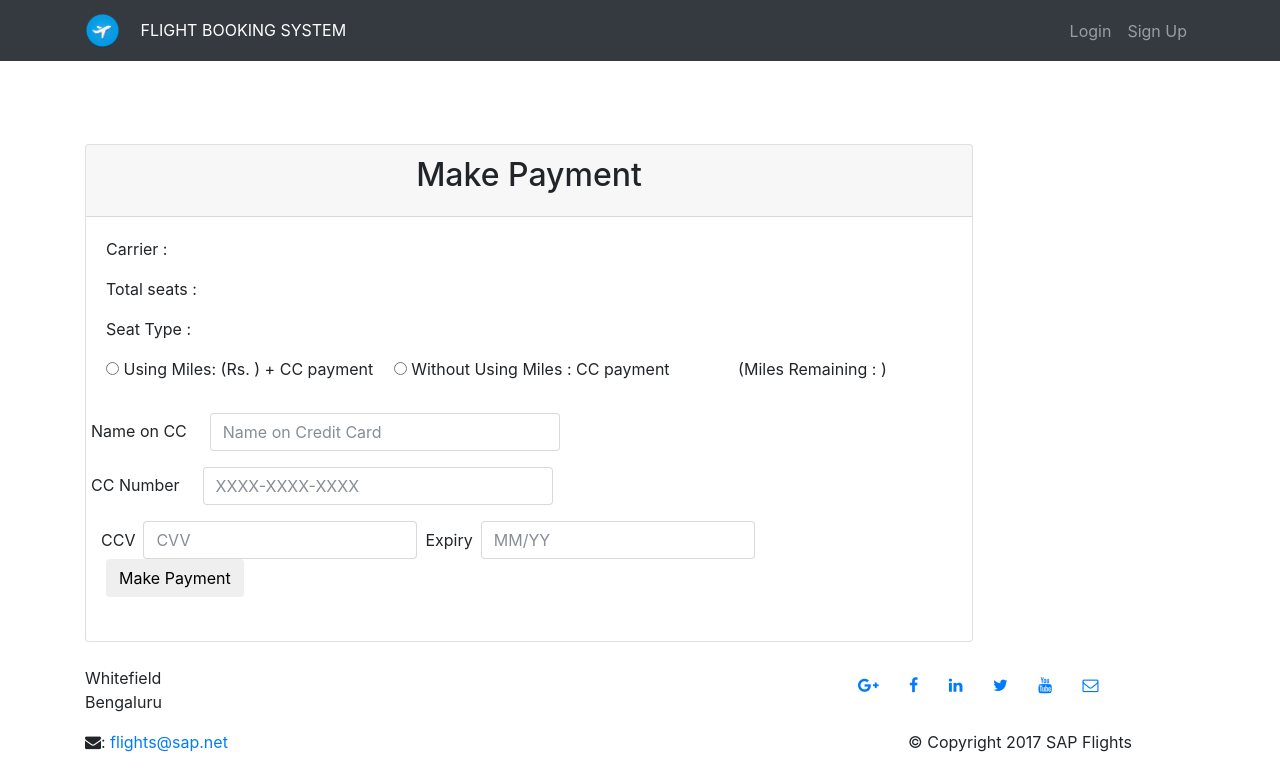
Repository: yashtatia/Spring-Practice
Page: http://localhost/FitnessTracker/WEB-INF/jsp/makePayment.jsp
An editor plug-in stored every save of this project. The page is shown before and after the next save, followed by the edit.
The browser window is 1280 px wide. The pictures show the whole page.
Some web libraries are served in a nearby version. The page is served by Tomcat 9. Nobody is signed in. Other server files are loaded and not shown. The template is opened directly, without the code that normally fills it, so the values that code supplies are empty.

Above is the page before, as saved 2017-09-06 07:32:07.
Console error: SyntaxError: Unexpected token ';'

### FitnessTracker/src/main/webapp/WEB-INF/jsp/makePayment.jsp
<%@ taglib prefix="spring" uri="http://www.springframework.org/tags" %>
<%@ taglib prefix="form" uri="http://www.springframework.org/tags/form" %>

<jsp:include page="header.jsp" />
	<br>
	<br>
	<br>
	<br>
	<br>
	<br>
	<div class="container">
		<div class="card" style="max-width: 80%;" >
			<div class="card-header">
				<h2 class="card-title" align="center">Make Payment</h2>
			</div>
			<div class="card-block">
				<div class="card-body">
						<p>Carrier : ${flightSelected.airline}</p>
						<p>Total seats : ${flightSelected.seats}</p>
						<p>Seat Type : ${flightSelected.seat_class}</p>

						<form:form commandName="payment" class="form-horizontal" method="POST">

							  <label class="radio-inline" >
							    <form:radiobutton path="payment_choice" name="payment_choice" value="1" />
							     Using Miles: ${miles_used} (Rs. ${discount}) + ${fare_with_miles}  CC payment

							  </label>


							  <label class="radio-inline mx-3">
							    <form:radiobutton path="payment_choice" name="payment_choice" value="2" />
							    Without Using Miles : ${fare_without_miles}	CC payment
							  </label>
							  <label class="mx-5">
							  	(Miles Remaining : ${miles_remaining})
							  </label>

							<br />
							<br/>

							<div class="form-group row">
							    <label for="input1" class="col-xs-3 col-form-label mr-2">Name on CC</label>
							    <div class="col-sm-10">
							      <form:input path="cc_name" type="text" name="cc_name" id="cc_name" placeholder="Name on Credit Card" class="form-control" style="max-width: 50%;" />
							    </div>
							</div>
							<div class="form-group row">
							    <label for="input2" class="col-xs-3 col-form-label mr-2">CC Number</label>
							    <div class="col-sm-10">
							      <form:input path="cc_number" type="text" name="cc_number" id="cc_number" placeholder="XXXX-XXXX-XXXX" class="form-control" style="max-width: 50%;" />
							    </div>
							</div>
							<div class="form-row">
									<div class="form-inline">
										<label class="mr-sm-2 mb-0" for="cvv">CCV</label>
											<form:input path="cc_cvv" type="password" name="cc_cvv" id="cc_cvv" placeholder="CVV" class="form-control mr-sm-2 mb-2 mb-sm-0"  />
									<label class="mr-sm-2 mb-0" for="last_name">Expiry</label>
											<form:input path="cc_expiry"  type="text" class="form-control mr-sm-2 mb-2 mb-sm-0" name="cc_expiry" id="cc_expiry" placeholder="MM/YY"/>
									</div>
							</div>


							<form:hidden path="flight_id"  name="flight_id" value="${flightSelected.flight_id}" />
							<form:hidden path="seat_type" name="seat_type" value="${flightSelected.seat_class_abbrev}" />
							<form:hidden path="seats" name="seats" value="${flightSelected.seats}" />
							<form:hidden path="fare_with_miles" name="fare_with_miles" value="${fare_with_miles}" />
							<form:hidden path="fare_without_miles" name="fare_without_miles" value="${fare_without_miles}" />
							<form:hidden path="miles_used" name="miles_used" value="${miles_used}" />
							<form:hidden path="miles_remaining" name="miles_remaining" value="${miles_remaining}" />
							<form:hidden path="miles_earned" name="miles_earned" value="${miles_earned}" />

							<button type="submit" name="" value="Make Payment" class="btn btn-default col-lg-offset-10" >Make Payment</button>
						</form:form>
				</div>

			</div>

			<br />



		</div>
	</div>
	<br/>

<jsp:include page="footer.jsp" />
<script type="text/javascript">
		$( document ).ready(function() {
		    preProcess();
		});

		function preProcess(){
			if($('input[name=payment_choice]:checked').val() == "with_miles"){
				var cc_remaining = ${fare_with_miles};
				if(cc_remaining == 0){
					$("#cc_name").prop("disabled", true);
					$("#cc_number").prop("disabled", true);
					$("#cc_cvv").prop("disabled", true);
					$("#cc_expiry").prop("disabled", true);
				}
			}
		}

		$('input[name=payment_choice]').on('change', function() {
			if($('input[name=payment_choice]:checked').val() == "with_miles"){
				var cc_remaining = ${fare_with_miles};
				if(cc_remaining == 0){
					$("#cc_name").prop("disabled", true);
					$("#cc_number").prop("disabled", true);
					$("#cc_cvv").prop("disabled", true);
					$("#cc_expiry").prop("disabled", true);
				}
			}else{
				$("#cc_name").prop("disabled", false);
				$("#cc_number").prop("disabled", false);
				$("#cc_cvv").prop("disabled", false);
				$("#cc_expiry").prop("disabled", false);
			}
		});
	</script>

### FitnessTracker/src/main/webapp/WEB-INF/jsp/header.jsp
<%@ taglib prefix="c" uri="http://java.sun.com/jsp/jstl/core"%>
<%@ taglib prefix="form" uri="http://www.springframework.org/tags/form" %>
<%@ taglib prefix="spring" uri="http://www.springframework.org/tags" %>
<!DOCTYPE html>
<html>
<head>
	<meta charset="utf-8">
    <meta http-equiv="X-UA-Compatible" content="IE=edge">
    <meta name="viewport" content="width=device-width, initial-scale=1, shrink-to-fit=no">
	<title>Search Flights</title>
	<link rel="stylesheet" href="https://maxcdn.bootstrapcdn.com/bootstrap/4.0.0-beta/css/bootstrap.min.css" integrity="sha384-/Y6pD6FV/Vv2HJnA6t+vslU6fwYXjCFtcEpHbNJ0lyAFsXTsjBbfaDjzALeQsN6M" crossorigin="anonymous">
	<link href="https://maxcdn.bootstrapcdn.com/font-awesome/4.7.0/css/font-awesome.min.css" rel="stylesheet">
	<link rel="stylesheet" type="text/css" href="assets/css/jquery-ui.css">
</head>
<body>

	 <nav class="navbar navbar-expand-md navbar-dark bg-dark fixed-top">
            <div class="container">
                <div class="navbar-header">
	                <span><a class="navbar-brand" href="index.jsp"><img src="assets/img/sap.png" height=35 width=35></a></span>
	                <span style="color: white;">FLIGHT BOOKING SYSTEM</span>
                </div>

                <c:choose>
    				<c:when test="${not logInForm.loggedIn || logInForm == null}">
                       <ul class="navbar-nav bd-navbar-nav" style="cursor: pointer;">
	                        <li class="nav-item"><a class="nav-link" data-toggle="modal" data-target="#loginModal" id="login"><span class="glyphicon glyphicon-log-in"></span> Login</a></li>
	                        <li class="nav-item"><a class="nav-link" href="signUp.html"><span class="glyphicon glyphicon-log-in"></span> Sign Up</a></li>
	                    </ul>
	    			</c:when>
	    			<c:otherwise>
	                    <ul class="navbar-nav bd-navbar-nav" style="cursor: pointer;">
	                        <li class="nav-item dropdown">
	                            <a href="#" class="nav-link dropdown-toggle" data-toggle="dropdown"
	                             role="button" aria-haspopup="true" aria-expanded="false" style="color: white; ">
	                             <i class="fa fa-user-o" aria-hidden="true"></i>  ${userForm.fname} ${userForm.lname} <span class="caret"></span></a>
	                            <ul class="dropdown-menu">
	                                <li><a class="dropdown-item" href="#">Your Miles : ${userForm.air_miles}</a></li>
	                                <li><a class="dropdown-item" href="myBookings.html">MyBookings</a></li>
	                                <li><a class="dropdown-item" href="logout.html">Logout</a></li>
	                            </ul>
	                        </li>
	                    </ul>
	                </c:otherwise>
                </c:choose>


                </div>
        </nav>

    <c:if test="${logInForm.loggedIn == false || logInForm == null}">

	    <div id="loginModal" class="modal fade " role="dialog" aria-labelledby="loginModal" aria-hidden="true">
	        <div class="modal-dialog" style="max-width: 650px !important;">
	        <!-- Modal content-->
	        <div class="modal-content">
	            <div class="modal-header">
	                <h5 class="modal-title" id="exampleModalLabel">Login</h5>
			     	   <button type="button" class="close" data-dismiss="modal" aria-label="Close">
			        	  <span aria-hidden="true">&times;</span>
			       	 </button>
	            </div>
		        <div class="modal-body">
		            <form:form modelAttribute="logInForm" class="form-inline" id="loginForm" action="logIn.html" method="POST">
		                <div class="form-group">
		                    <label class="sr-only" for="InputEmail">Email address</label>
		                    <form:input path="username" type="email" class="form-control" id="Email" placeholder="Email" name="email" />
		                </div>
		                <div class="form-group mx-sm-3">
		                    <label class="sr-only" for="Password">Password</label>
		                    <form:input path="password" type="password" class="form-control" id="Password" placeholder="Password" name="password" />
		                </div>

	            		<div class="form-group mx-sm-3">
	            			<button type="button" class="btn btn-default btn-danger pull-right" data-dismiss="modal">Cancel</button>
		                	<button type="submit" class="btn btn-default btn-info pull-right">Sign in</button>
	            		</div>


	            	</form:form>
				</div>

	        </div>
	        </div>
	    </div>

    </c:if>

### FitnessTracker/src/main/webapp/WEB-INF/jsp/footer.jsp

	<footer class="row-footer">
        <div class="container">
            <div class="row row-content">

                <div class="col-md-8">
                    <address>
		              Whitefield<br>
		              Bengaluru<br>

                    </address>
                </div>
                <div class="col-md-4">
                    <div >
                        <a class="btn btn-social-icon btn-google-plus" href="http://google.com/+"><i class="fa fa-google-plus"></i></a>
                        <a class="btn btn-social-icon btn-facebook" href="http://www.facebook.com/profile.php?id="><i class="fa fa-facebook"></i></a>
                        <a class="btn btn-social-icon btn-linkedin" href="http://www.linkedin.com/in/"><i class="fa fa-linkedin"></i></a>
                        <a class="btn btn-social-icon btn-twitter" href="http://twitter.com/"><i class="fa fa-twitter"></i></a>
                        <a class="btn btn-social-icon btn-youtube" href="http://youtube.com/"><i class="fa fa-youtube"></i></a>
                        <a class="btn btn-social-icon" href="mailto:"><i class="fa fa-envelope-o"></i></a>
                    </div>
                </div>
             </div>
             <div class="row row-content">
                <div class="col-md-8">
		              <i class="fa fa-envelope"></i>:
                         <a href="mailto:flights@sap.net">
                         flights@sap.net</a>
                </div>
                <div class="col-md-4">
                    <p align=center> &copy; Copyright 2017 SAP Flights</p>
                </div>
             </div>
        </div>
    </footer>




<script src="https://code.jquery.com/jquery-3.2.1.slim.min.js" integrity="sha384-KJ3o2DKtIkvYIK3UENzmM7KCkRr/rE9/Qpg6aAZGJwFDMVNA/GpGFF93hXpG5KkN" crossorigin="anonymous"></script>
<script type="text/javascript" src="http://code.jquery.com/jquery-3.2.1.min.js"></script>
<script type="text/javascript" src="assets/js/jquery-ui.min.js"></script>
<script src="https://cdnjs.cloudflare.com/ajax/libs/popper.js/1.11.0/umd/popper.min.js" integrity="sha384-b/U6ypiBEHpOf/4+1nzFpr53nxSS+GLCkfwBdFNTxtclqqenISfwAzpKaMNFNmj4" crossorigin="anonymous"></script>
<script src="https://maxcdn.bootstrapcdn.com/bootstrap/4.0.0-beta/js/bootstrap.min.js" integrity="sha384-h0AbiXch4ZDo7tp9hKZ4TsHbi047NrKGLO3SEJAg45jXxnGIfYzk4Si90RDIqNm1" crossorigin="anonymous"></script>

<script>
        $().button('toggle');
        $(document).ready(function(){
            $("#login").click(function(){
                console.log("yo!");
                $("#loginModal").modal();
            });
        });

        $(document).ready(function(){
            $("#table").click(function(){
                $("#tableModal").modal();
            });
        });
</script>
</body>
</html>

Loaded but not shown: FitnessTracker/src/main/webapp/assets/css/jquery-ui.css (library); FitnessTracker/src/main/webapp/assets/js/jquery-ui.min.js (library)

After the next save:
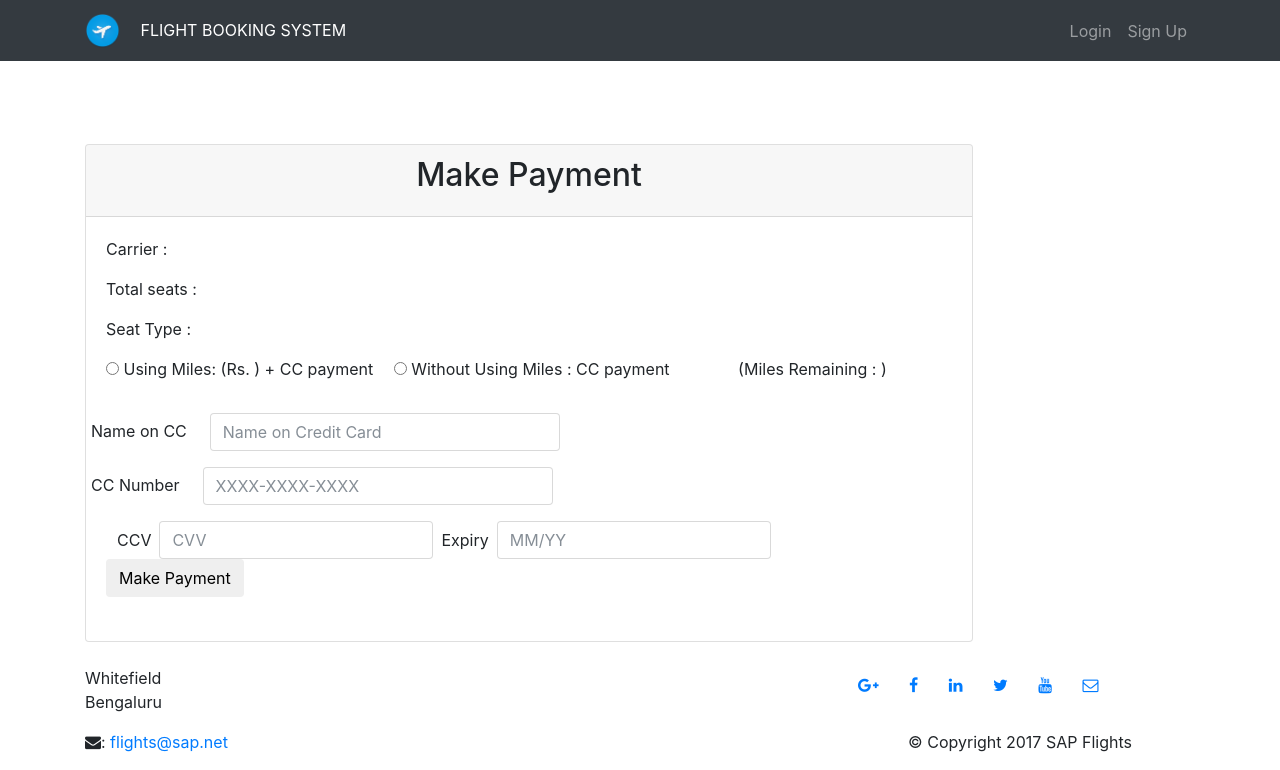
Saved 26 s later.
--- a/FitnessTracker/src/main/webapp/WEB-INF/jsp/makePayment.jsp
+++ b/FitnessTracker/src/main/webapp/WEB-INF/jsp/makePayment.jsp
@@ -53,7 +53,7 @@
 							</div>
 							<div class="form-row">
 									<div class="form-inline">
-										<label class="mr-sm-2 mb-0" for="cvv">CCV</label>
+										<label class="mr-sm-2 mb-0 mx-3" for="cvv">CCV</label>
 											<form:input path="cc_cvv" type="password" name="cc_cvv" id="cc_cvv" placeholder="CVV" class="form-control mr-sm-2 mb-2 mb-sm-0"  />
 									<label class="mr-sm-2 mb-0" for="last_name">Expiry</label>
 											<form:input path="cc_expiry"  type="text" class="form-control mr-sm-2 mb-2 mb-sm-0" name="cc_expiry" id="cc_expiry" placeholder="MM/YY"/>
